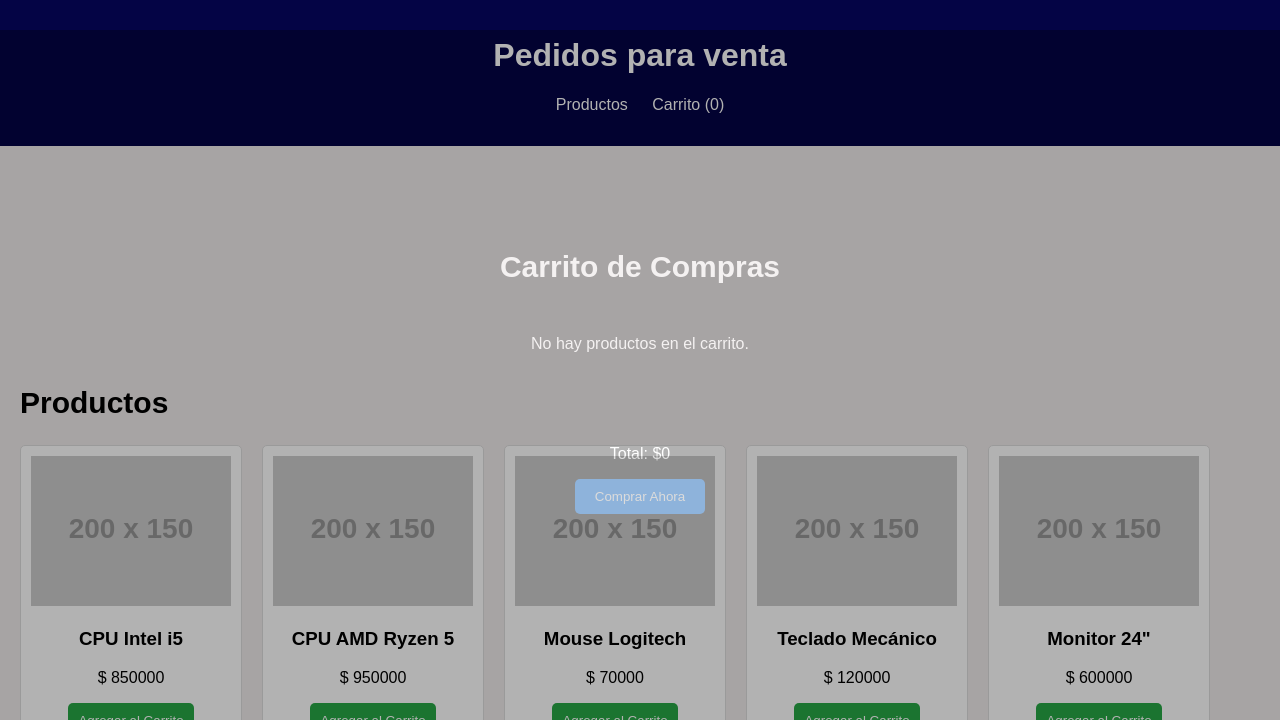
Repository: ye909/RAVPIP
Page: src/templei/ventasPortatil.html
The author's editor kept a copy of each file at every save. The page is drawn from the files as they stood at one save, then again after the next save.
The browser window is 1280 px wide. The pictures show the window.
A layer covers the whole window, so only the first screen is drawn.

Above is the page before, as saved 2025-04-10 08:16:33.
Console error: ReferenceError: updateCart is not defined

### src/templei/ventasPortatil.html


<!DOCTYPE html>
<html lang="es">
<head>
    <meta charset="UTF-8">
    <meta name="viewport" content="width=device-width, initial-scale=1.0">
    <title>Tienda de Medios Tecnológicos</title>
    <link rel="stylesheet" href="../css/ventas.css">
</head>
<body>
  <header>
    <h1>Pedidos para venta </h1>
    <nav>
      <ul>
        <li><a href="#productos">Productos</a></li>
        <li><a href="#carrito">Carrito (<span id="cart-count">0</span>)</a></li>
      </ul>
    </nav>
  </header>

  <main class="containerCarrito">
    <section id="productos">
      <h2>Productos</h2>
      <div class="product-list" id="product-list">

      </div>
    </section>

    <section id="carrito" class="carrito">
      <h2>Carrito de Compras</h2>
      <div id="cart-items">
        <p>No hay productos en el carrito.</p>
      </div>
      <p>Total: $<span id="cart-total">0</span></p>
      <button id="checkout-btn" >Comprar Ahora</button>
    </section>


  </main>

  <!-- <footer>
    <p>&copy; 2023 Tienda de Medios Tecnológicos</p>
  </footer> -->


    <script src="../js/ventas.js"></script>

</body>
</html>

### src/css/ventas.css

body {
    font-family: Arial, sans-serif;
    margin: 0;
    padding: 0;
    background-color: #f4f4f9;
  }

  header {
    background-color: #040445;
    color: #fff;
    padding: 1rem;
    text-align: center;
  }

  header nav ul {
    list-style: none;
    padding: 0;
  }

  header nav ul li {
    display: inline;
    margin: 0 10px;
  }

  header nav ul li a {
    color: #fff;
    text-decoration: none;
  }

  main {
    padding: 20px;
    background: #efebeb;

  }

  .product-list {
    display: flex;
    flex-wrap: wrap;
    gap: 20px;
  }

  .product {
    background-color: #fff;
    border: 1px solid #ddd;
    border-radius: 5px;
    padding: 10px;
    width: 200px;
    text-align: center;
  }

  .product img {
    max-width: 100%;
    height: auto;
  }

  .add-to-cart {
    background-color: #28a745;
    color: #fff;
    border: none;
    padding: 10px;
    cursor: pointer;
    border-radius: 5px;
  }

  .add-to-cart:hover {
    background-color: #218838;
  }

  #carrito {
    margin-top: 20px;
  }

 h2{
  margin-top: 220px;
  font-size: 30px;
 }


  #checkout-btn {
    background-color: #007bff;
    color: #fff;
    border: none;
    padding: 10px 20px;
    cursor: pointer;
    border-radius: 5px;
  }

  #checkout-btn:disabled {
    background-color: #ccc;
  }
  .carrito{
    position: fixed;
    top: 10px;
    margin-left: -20px;
 text-align: center;
   background:black;
   width:100%;
   height: 100%;
   color:white;
   opacity: 0.3;
  }
  #cart-items {
    min-height: 100px;
    padding: 10px;
  }
  footer {
    text-align: center;
    padding: 10px;
    background-color: #333;
    color: #fff;
    position: fixed;
    bottom: 0;
    width: 100%;
  }

### src/js/ventas.js


fetch("../js/datos.json")
  .then(response => response.json())
  .then(data =>{

  data.forEach((item)=>{
    const productlist = document.getElementById("product-list")
    const sudcontainer=document.createElement("div")
    sudcontainer.setAttribute("data-id", item.id); // Suponiendo que el JSON tiene un campo "id"
    sudcontainer.setAttribute("data-name", item.name);
    sudcontainer.setAttribute("data-price", item.price);


    sudcontainer.classList.add("product")
    sudcontainer.innerHTML=`
    <img src="${item.image}" alt="Smartphone X">
   <h3>${item.name} </h3>
   <p>$ ${item.price}</p>
   <button class="add-to-cart">Agregar al Carrito</button>
    `
   productlist.appendChild(sudcontainer)
    console.log(productlist)

  })





  const cart = [];
  let cartTotal = 0;

// Función para actualizar el carrito
 function updateCart() {
   const cartItemsDiv = document.getElementById('cart-items');
   const cartCountSpan = document.getElementById('cart-count');
   const cartTotalSpan = document.getElementById('cart-total');
   const checkoutBtn = document.getElementById('checkout-btn');

  // Limpiar el contenido actual del carrito
   cartItemsDiv.innerHTML = '';

   if (cart.length === 0) {
     cartItemsDiv.innerHTML = '<p>No hay productos en el carrito.</p>';
     checkoutBtn.disabled = true;
   } else {
     cart.forEach(item => {
       const itemDiv = document.createElement('div');
       itemDiv.textContent = `${item.name} - $${item.price}`;
       cartItemsDiv.appendChild(itemDiv);
     });
     checkoutBtn.disabled = false;
   }

   // Actualizar el contador y el total
   cartCountSpan.textContent = cart.length;
   cartTotalSpan.textContent = cartTotal.toFixed(2);
 }

 // Agregar productos al carrito
 document.querySelectorAll('.add-to-cart').forEach(button => {
   button.addEventListener('click', () => {
     const productDiv = button.parentElement;
     const productId = productDiv.dataset.id;
     const productName = productDiv.dataset.name;
     const productPrice = parseFloat(productDiv.dataset.price);

//     // Verificar si el producto ya está en el carrito
     const existingItem = cart.find(item => item.id === productId);
     if (existingItem) {
       existingItem.quantity += 1;
     } else {
       cart.push({ id: productId, name: productName, price: productPrice, quantity: 1 });
     }

     // Actualizar el total
     cartTotal += productPrice;

     // Actualizar la vista del carrito
     updateCart();
   });
 });

 document.getElementById("checkout-btn").addEventListener("click",verCarrito)

 function verCarrito() {
  alert("a")
  // const containerCarrito

 }
} )
 // Inicializar el carrito
 updateCart();

### src/js/datos.json

[
  { "id": 1,
  "name": "CPU Intel i5",
   "price": 850000,
   "image": "https://via.placeholder.com/200x150?text=CPU+Intel+i5" },
  { "id": 2, "name": "CPU AMD Ryzen 5", "price": 950000, "image": "https://via.placeholder.com/200x150?text=Ryzen+5" },
  { "id": 3, "name": "Mouse Logitech", "price": 70000, "image": "https://via.placeholder.com/200x150?text=Mouse" },
  { "id": 4, "name": "Teclado Mecánico", "price": 120000, "image": "https://via.placeholder.com/200x150?text=Teclado" },
  { "id": 5, "name": "Monitor 24\"", "price": 600000, "image": "https://via.placeholder.com/200x150?text=Monitor" },
  { "id": 6, "name": "Disco SSD 480GB", "price": 220000, "image": "https://via.placeholder.com/200x150?text=SSD" },
  { "id": 7, "name": "Disco HDD 1TB", "price": 180000, "image": "https://via.placeholder.com/200x150?text=HDD" },
  { "id": 8, "name": "Tarjeta de Video GTX 1660", "price": 1350000, "image": "https://via.placeholder.com/200x150?text=GPU" },
  { "id": 9, "name": "Memoria RAM 8GB", "price": 140000, "image": "https://via.placeholder.com/200x150?text=RAM+8GB" },
  { "id": 10, "name": "Gabinete Gamer", "price": 250000, "image": "https://via.placeholder.com/200x150?text=Gabinete" },
  { "id": 11, "name": "Fuente de poder 600W", "price": 180000, "image": "https://via.placeholder.com/200x150?text=PSU+600W" },
  { "id": 12, "name": "Mousepad XL", "price": 40000, "image": "https://via.placeholder.com/200x150?text=Mousepad" },
  { "id": 13, "name": "Cooler para CPU", "price": 85000, "image": "https://via.placeholder.com/200x150?text=Cooler" },
  { "id": 14, "name": "Cámara Web HD", "price": 90000, "image": "https://via.placeholder.com/200x150?text=Webcam" },
  { "id": 15, "name": "Audífonos Gamer", "price": 110000, "image": "https://via.placeholder.com/200x150?text=Headset" },
  { "id": 16, "name": "Tarjeta madre Intel", "price": 480000, "image": "https://via.placeholder.com/200x150?text=Motherboard" },
  { "id": 17, "name": "Tarjeta madre AMD", "price": 500000, "image": "https://via.placeholder.com/200x150?text=Motherboard+AMD" },
  { "id": 18, "name": "Router Wi-Fi", "price": 130000, "image": "https://via.placeholder.com/200x150?text=Router" },
  { "id": 19, "name": "Impresora multifuncional", "price": 600000, "image": "https://via.placeholder.com/200x150?text=Impresora" },
  { "id": 20, "name": "USB 64GB", "price": 45000, "image": "https://via.placeholder.com/200x150?text=USB+64GB" },
  { "id": 21, "name": "Disco Externo 2TB", "price": 370000, "image": "https://via.placeholder.com/200x150?text=Disco+Externo" },
  { "id": 22, "name": "Switch de red", "price": 160000, "image": "https://via.placeholder.com/200x150?text=Switch" },
  { "id": 23, "name": "Cable HDMI", "price": 25000, "image": "https://via.placeholder.com/200x150?text=HDMI" },
  { "id": 24, "name": "Cable SATA", "price": 15000, "image": "https://via.placeholder.com/200x150?text=SATA" },
  { "id": 25, "name": "Antena Wi-Fi USB", "price": 30000, "image": "https://via.placeholder.com/200x150?text=Antena+WiFi" },
  { "id": 26, "name": "Adaptador USB-C", "price": 20000, "image": "https://via.placeholder.com/200x150?text=USB-C" },
  { "id": 27, "name": "Soporte Monitor", "price": 60000, "image": "https://via.placeholder.com/200x150?text=Soporte" },
  { "id": 28, "name": "Lector de tarjetas", "price": 28000, "image": "https://via.placeholder.com/200x150?text=Lector" },
  { "id": 29, "name": "Batería portátil", "price": 85000, "image": "https://via.placeholder.com/200x150?text=Power+Bank" },
  { "id": 30, "name": "Hub USB 4 Puertos", "price": 55000, "image": "https://via.placeholder.com/200x150?text=USB+Hub" }
]

After the next save:
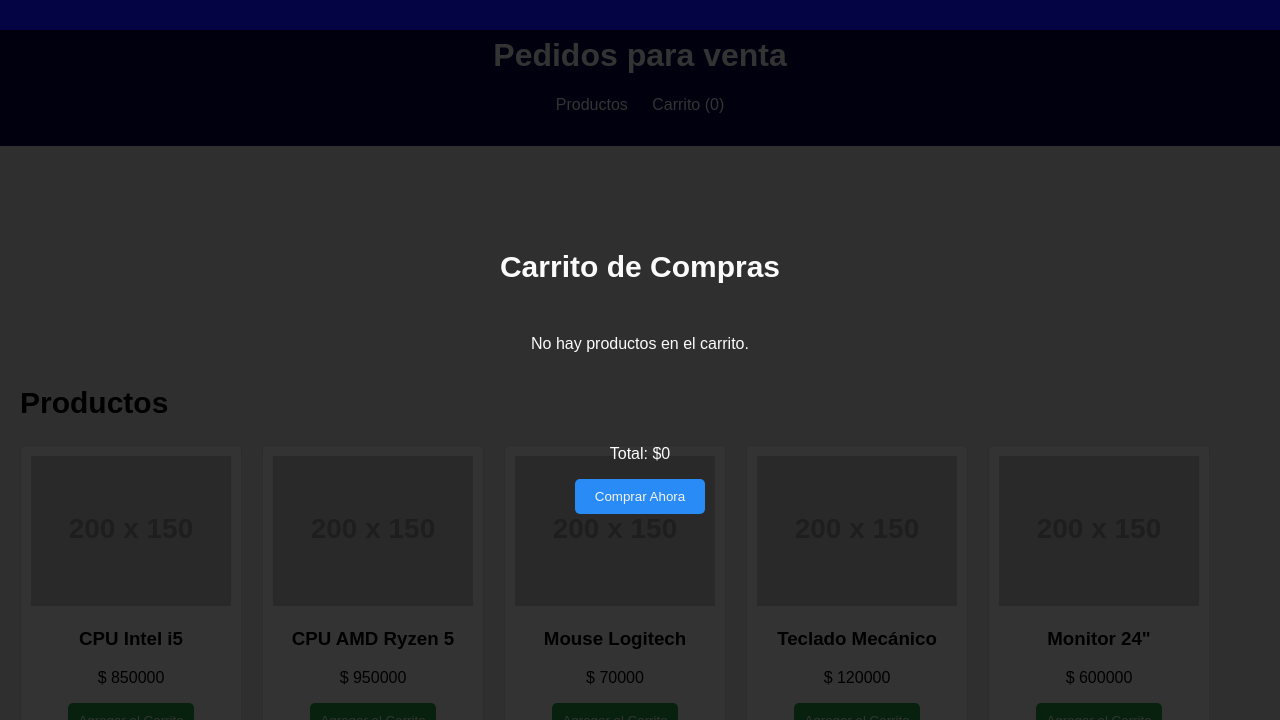
Saved 9 s later.
--- a/src/css/ventas.css
+++ b/src/css/ventas.css
@@ -98,7 +98,7 @@ body {
    width:100%;
    height: 100%;
    color:white;
-   opacity: 0.3;
+   opacity: 0.8;
   }
   #cart-items {
     min-height: 100px;
